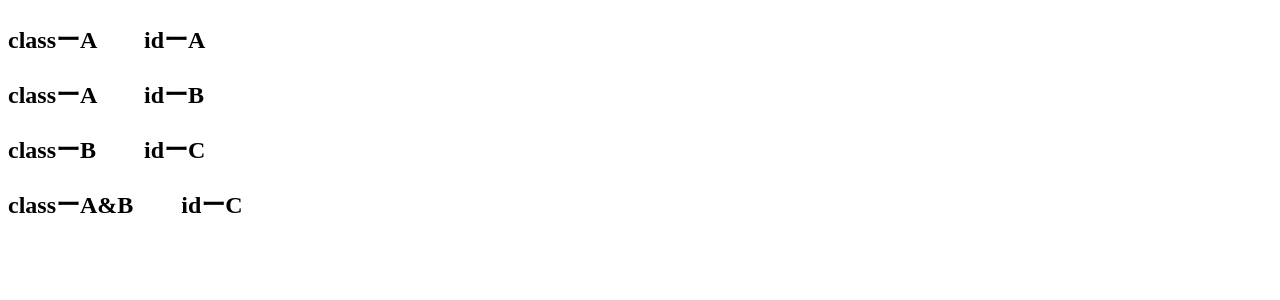
Repository: fukkatsuno-neda/samurai_HTML-CSS
Page: テスト/index.html
The author's editor kept a record of every edit. The page is drawn from the files as they stood at one moment, then again after the next edit.
The browser window is 1280 px wide. The pictures show the whole page.

Above is the page before.

### テスト/index.html
<!DOCTYPE html>
<html lang="ja">
<head>
    <meta charset="UTF-8">
    <meta name="viewport" content="width=device-width, initial-scale=1.0">
    <meta http-equiv="X-UA-Compatible" content="ie=edge">
    <title>Document</title>
</head>
<body>
    <h2 class="A" id="A">classーA　　idーA</h2>
    <h2 class="A" id="B">classーA　　idーB</h2>
    <h2 class="B" id="B">classーB　　idーC</h2>
    <h2 class="A" "B" id="B">classーA&B　　idーC</h2>
</body>
</html>

### テスト/sample.css
@charset "utf-8";

.A{
    color: red;
}

.B{
    font-size: 30px;
}
#A{
    color: blue;
}
#B{
    background-color: yellow;
}

After the next edit:
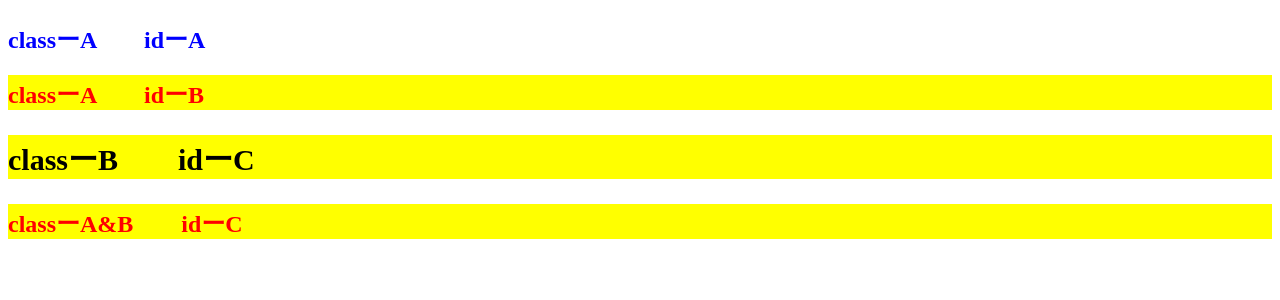
The edit:
--- a/テスト/index.html
+++ b/テスト/index.html
@@ -5,6 +5,7 @@
     <meta name="viewport" content="width=device-width, initial-scale=1.0">
     <meta http-equiv="X-UA-Compatible" content="ie=edge">
     <title>Document</title>
+    <link rel="stylesheet" href="sample.css">
 </head>
 <body>
     <h2 class="A" id="A">classーA　　idーA</h2>
